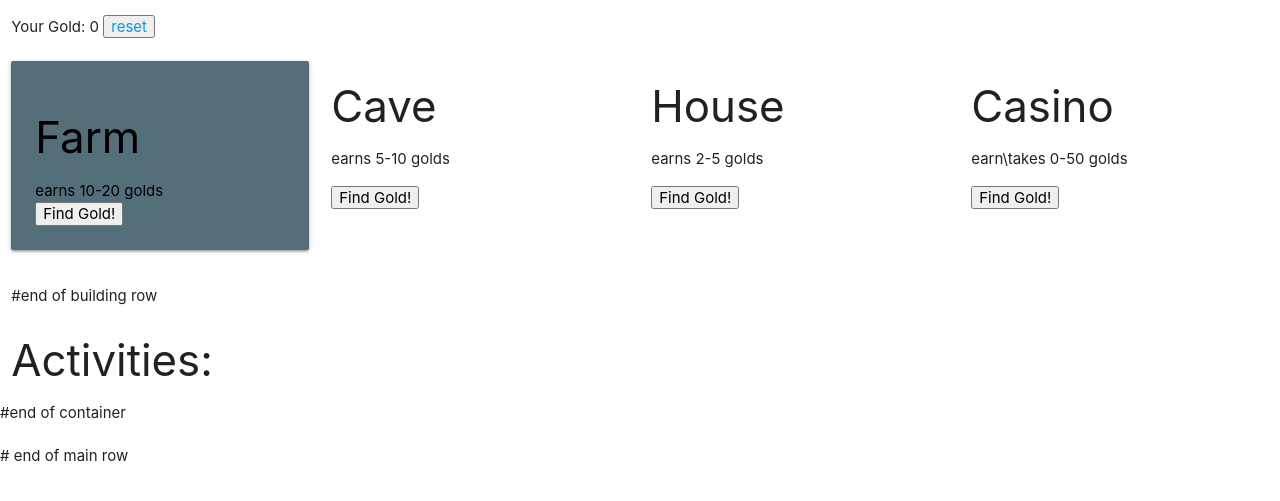
Repository: bvnger/Ninja_gold_flask
Page: http://localhost/
These files come from the project's save history. The page is drawn as it stood at one moment and after the next save; the edit follows.
The browser window is 1280 px wide. The pictures show the whole page.
The page is served by the project's application, run on Flask 3 (server.py).

Above is the page before, as saved 2019-11-04 14:26:08.

### templates/index.html
<!DOCTYPE html>
<html lang="en" dir="ltr">
  <head>
    <meta charset="utf-8">
    <title></title>
     <!--Import Google Icon Font-->
     <link href="https://fonts.googleapis.com/icon?family=Material+Icons" rel="stylesheet">
     <!--Import materialize.css-->
     <link type="text/css" rel="stylesheet" href="https://cdnjs.cloudflare.com/ajax/libs/materialize/1.0.0/css/materialize.css"  media="screen,projection"/>
     <!-- https://cdnjs.cloudflare.com/ajax/libs/materialize/1.0.0/css/materialize.css -->
  </head>
<body>
<div class="row">
<div class ="col s12">

        <div  action ="/process">
            <div class ="top">
            <p>Your Gold: {{session['gold']}}
            <button>
            <a href="/reset" > reset</a> </button>
            </div>
            <!-- ########################             -->
<div class ="mid"> <!--#start of buildings-->
<div class="row">

<form class="col s3" action="/process" method="POST">
    <div class="card blue-grey darken-1">
    <div class ="card-content black-text">
    <h3>Farm</h3>
    <p>earns 10-20 golds</p>
    <input type="hidden" name="building"  value="farm"></input>
    <button type="submit">Find Gold!</button>
</form>
</div>
</div> <!--end of farm-->
<form class="col s3" action="/process" method="POST">
    <h3>Cave</h3>
    <p>earns 5-10 golds</p>
    <input type="hidden" name="building"  value="cave"></input>
    <button type="submit">Find Gold!</button>
</form>
<form class="col s3" action="/process" method="POST">
    <h3>House</h3>
    <p>earns 2-5 golds</p>
    <input type="hidden" name="building"  value="house"></input>
    <button type="submit">Find Gold!</button>
</form>
<form class="col s3" action="/process" method="POST">
    <h3>Casino</h3>
    <p>earn\takes 0-50 golds</p>
    <input type="hidden" name="building"  value="casino"></input>
    <button type="submit">Find Gold!</button>
</form>
</div> #end of building row
        </div>
        <div class ="bot">
            <table>
            <h3>Activities:</h3>
            <ul class="bottom" name ="activities" value="log" class="activities">
                {% for activity in session.activities %}
                <li name="activities"  class="log" >{{activity}}
                </li>
                {% endfor %}
            </ul>

            </table>
        </div>
    </div>
</div> #end of container
</div> # end of main row

 <!--JavaScript at end of body for optimized loading-->
<script type="text/javascript" src="https://cdnjs.cloudflare.com/ajax/libs/materialize/1.0.0/js/materialize.js"></script>
</body>
</html>

### server.py
from flask import Flask, render_template, request, redirect, session
from datetime import datetime
import random
app = Flask(__name__)
app.secret_key="qwertyuiop"

@app.route('/')
def hello_world():
    gold ="gold"
    if "gold" not in session:
        session["gold"]= 0
    if "counter" not in session:
        session["counter"]=0
    if "activities" not in session:
        session["activities"]=[]
    return render_template("index.html")

@app.route("/process", methods=["POST"])

def processgold():
    date_time = datetime.now()
    print(session)
    print(request.form)
    if request.form["building"] == "farm":
            place = "farm"
            gold = random.randint(10,20)
            session["gold"]+= gold
            session['counter'] += 1
            message = f"You have visited {place} and gained {gold} gold! {date_time}"
            session['activities'].insert(0,message)
            return redirect('/')
    if request.form["building"] == "cave":
        place =  "cave"
        gold = random.randint(5,10)
        session['gold']+= gold
        session['counter'] += 1
        message = f"You have visited {place} and gained {gold} gold! {date_time}"
        session['activities'].insert(0,message)
        return redirect('/')
    if request.form["building"] == "house":
        place = "house"
        gold =random.randint(2,5)
        session['gold']+= gold
        session['counter'] += 1
        message = f"You have visited {place} and gained {gold} gold! {date_time}"
        session['activities'].insert(0,message)
        return redirect('/')
    if request.form["building"] == "casino":
        place = "casino"
        gold = random.randint(0,100) -50
        session['gold']+= gold
        session['counter'] += 1
        message = f"You have visited {place} and gained {gold} gold! {date_time}"
        session['activities'].insert(0,message)
        return redirect('/')
    return redirect('/')

@app.route('/reset')
def reset():
    session.clear()
    return redirect('/')

def edit(request):
    if request.method =="POST":
        request.session.clear()
    return render('/edit.html')


if __name__=="__main__":
    app.run(debug=True)

After the next save:
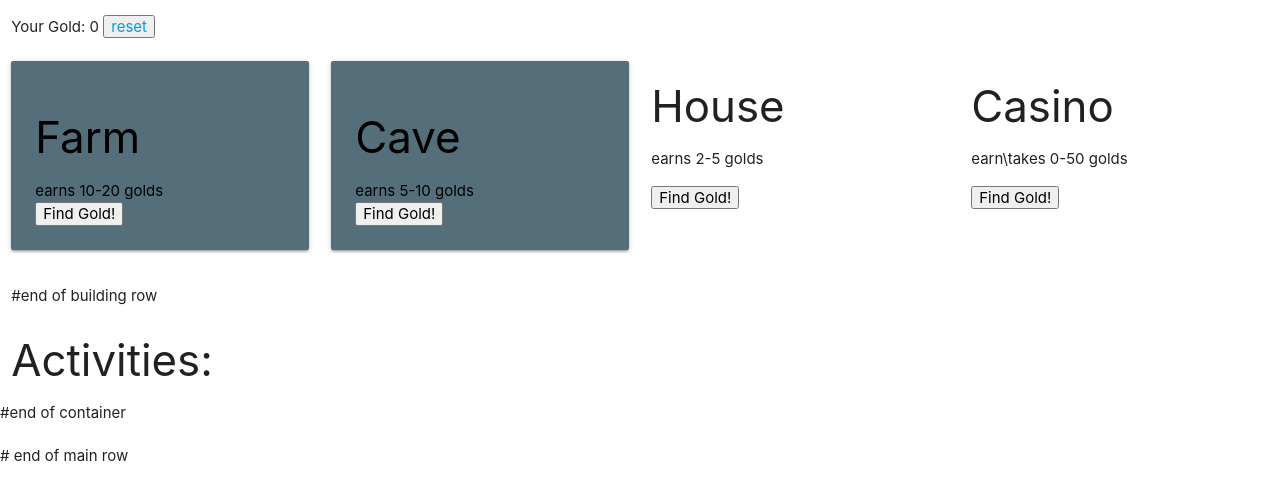
Saved 25 s later.
--- a/templates/index.html
+++ b/templates/index.html
@@ -34,11 +34,15 @@
 </div>
 </div> <!--end of farm-->
 <form class="col s3" action="/process" method="POST">
+    <div class="card blue-grey darken-1">
+    <div class ="card-content black-text">
     <h3>Cave</h3>
     <p>earns 5-10 golds</p>
     <input type="hidden" name="building"  value="cave"></input>
     <button type="submit">Find Gold!</button>
 </form>
+</div>
+</div>
 <form class="col s3" action="/process" method="POST">
     <h3>House</h3>
     <p>earns 2-5 golds</p>
